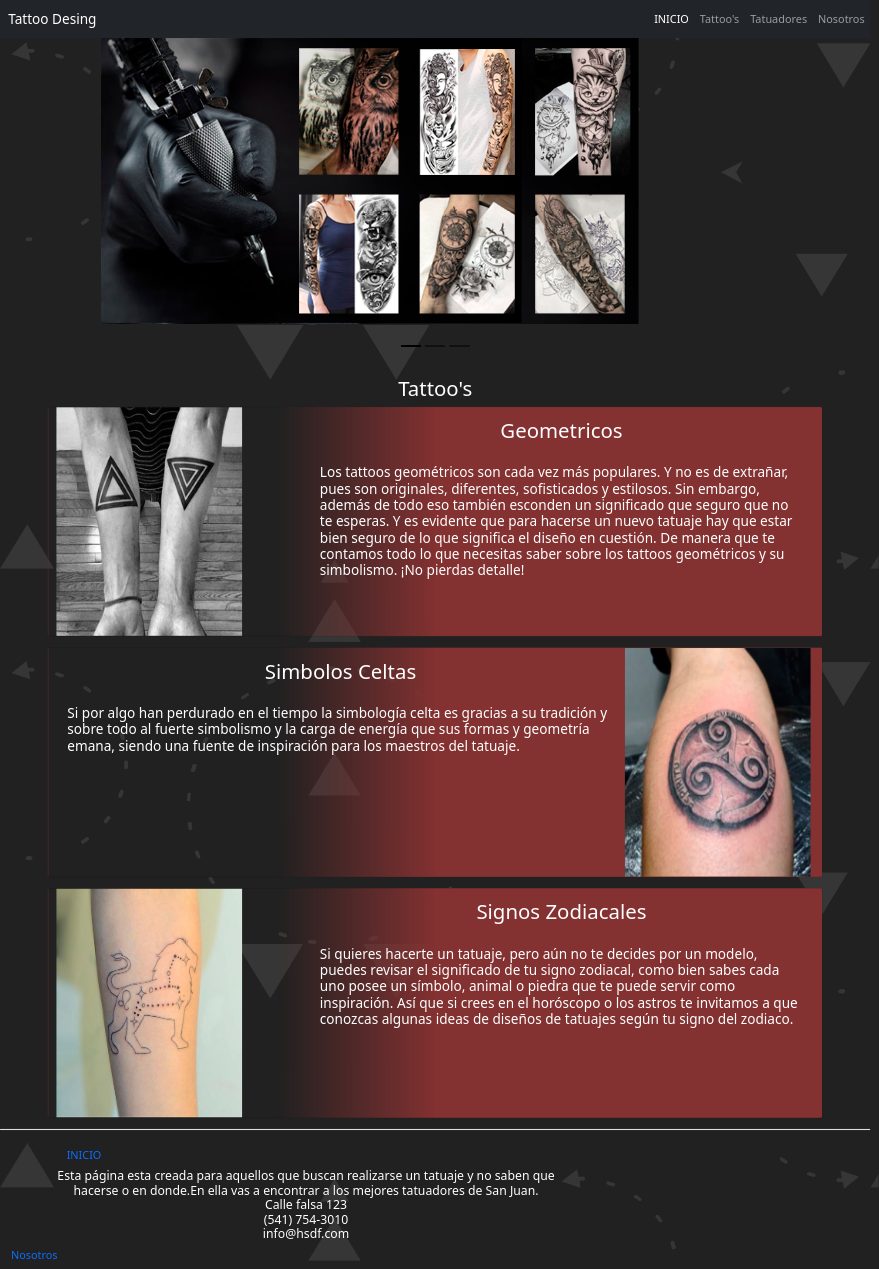
Repository: Vladimir-22/TatooDesign
Page: index.html
These files come from the project's save history. The page is drawn as it stood at one moment and after the next save; the edit follows.
The browser window is 1280 px wide. The page is 1292 px wide, so the pictures cover 1292 px, including what lies to the right of the window. The pictures show the whole page, at 68% of full size.
Some web libraries are served in a nearby version.

Above is the page before, as saved 2021-05-19 21:35:54.

After the next save:
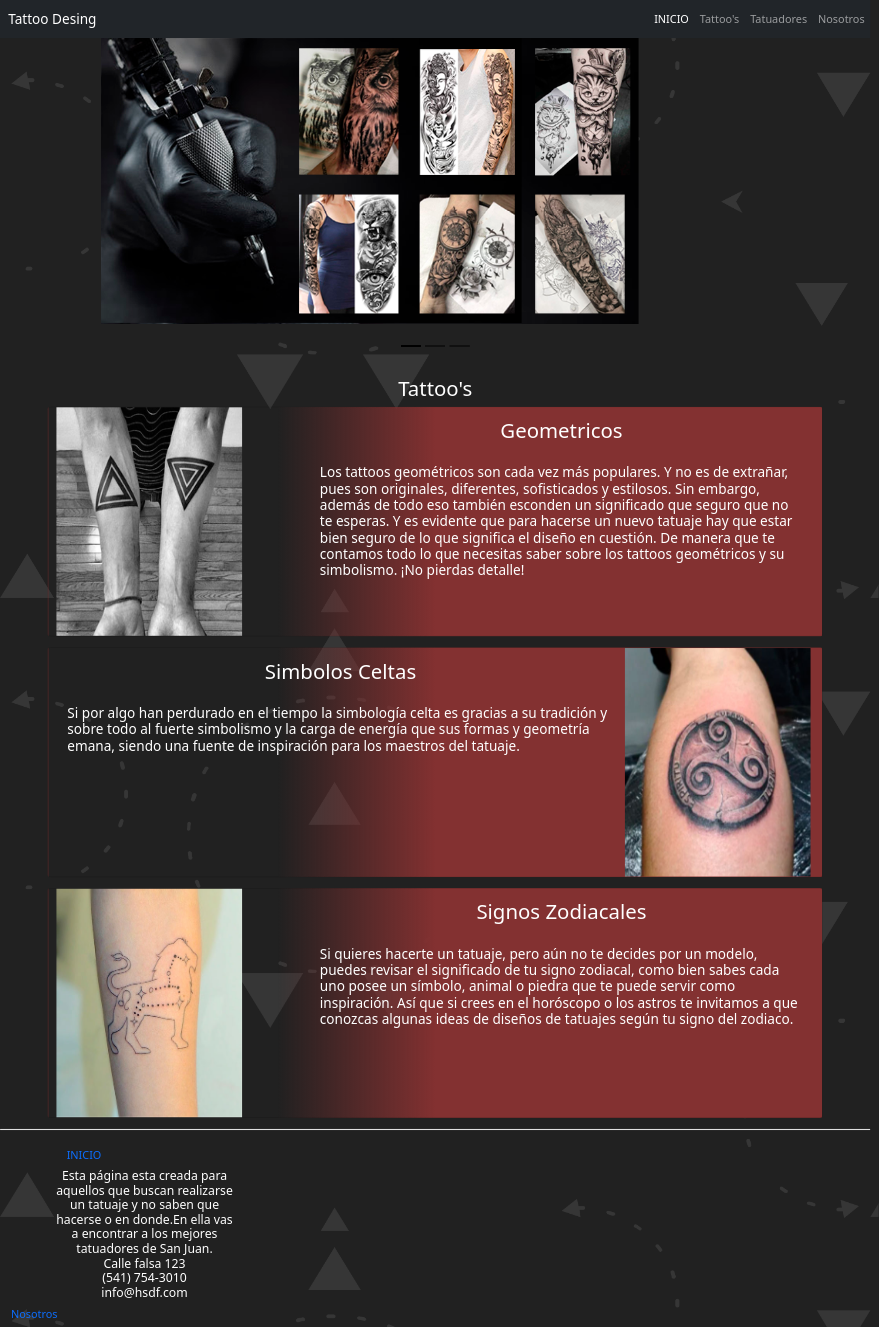
Saved 36 s later.
--- a/index.html
+++ b/index.html
@@ -275,7 +275,8 @@
           </div>
         </div>
         <div class="row">
-          <div class="col-md-8">
+          <div class="col-md-3 align-self-center">
+
               <h3 id="descrip-gral" class="card-text">
                 Esta página esta creada para aquellos que buscan realizarse un
                 tatuaje y no saben que hacerse o en donde.En ella vas a

After the save that followed:
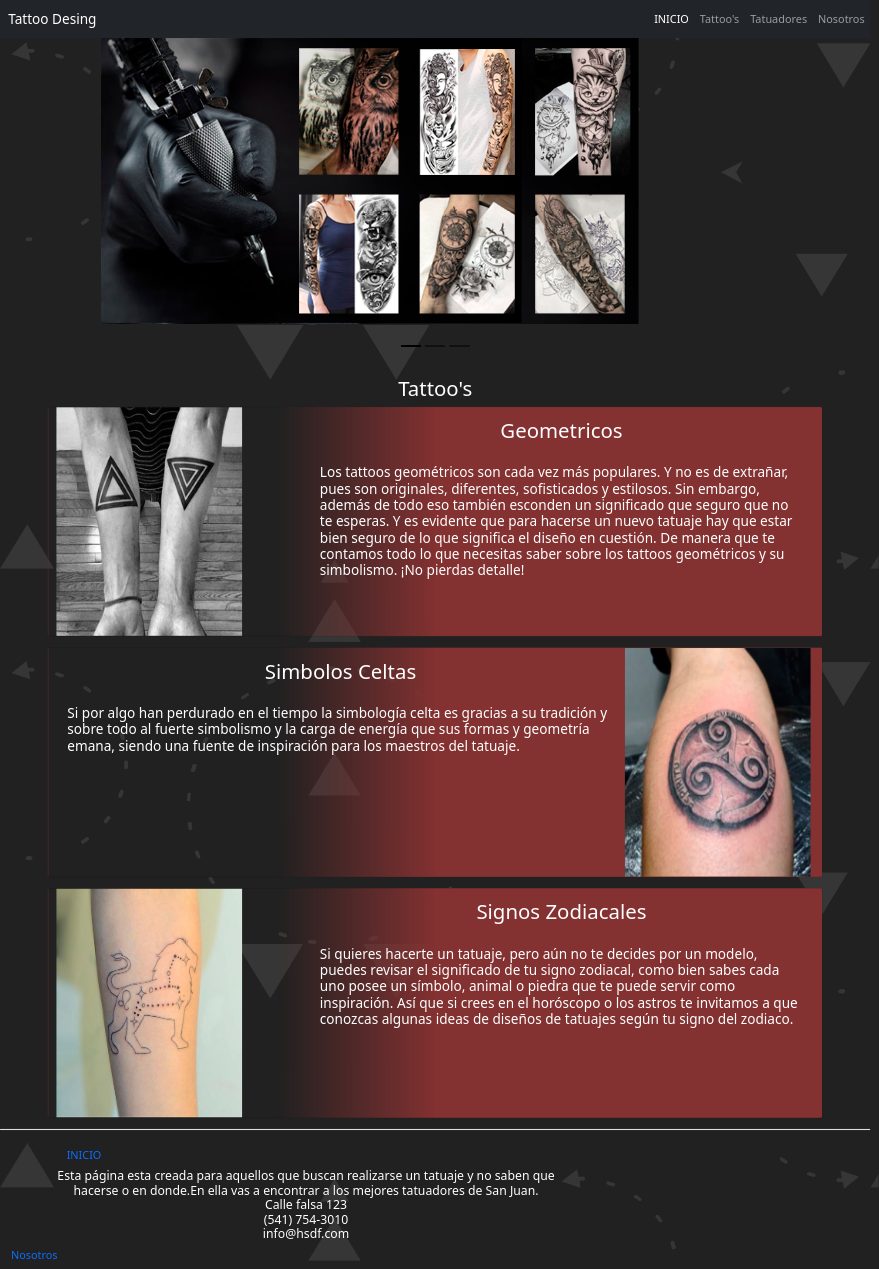
Saved 14 s later.
--- a/index.html
+++ b/index.html
@@ -275,7 +275,7 @@
           </div>
         </div>
         <div class="row">
-          <div class="col-md-3 align-self-center">
+          <div class="col-md-8 align-self-center">
 
               <h3 id="descrip-gral" class="card-text">
                 Esta página esta creada para aquellos que buscan realizarse un
